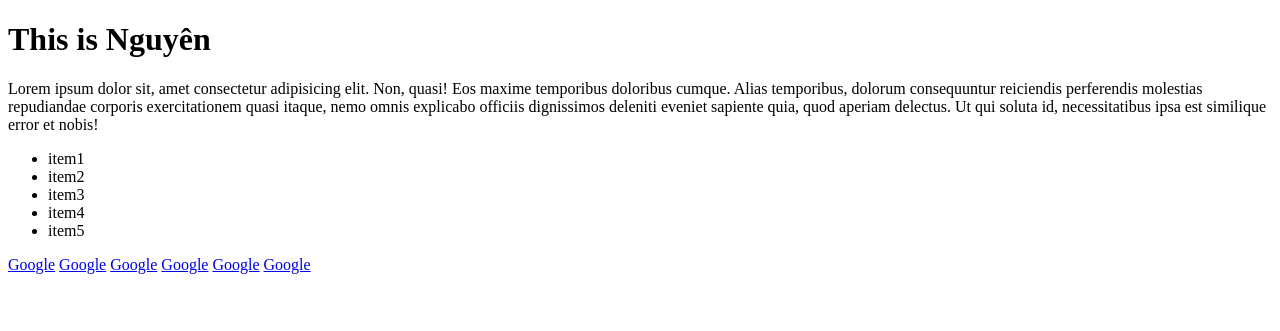
Repository: KhoiNguyen77/JS-C-Ba-n
Page: index.html
The author's editor kept a copy of each file at every save. The page is drawn from the files as they stood at one save, then again after the next save.
The browser window is 1280 px wide. The pictures show the whole page.

Above is the page before, as saved 2023-03-29 17:03:22.

After the next save:
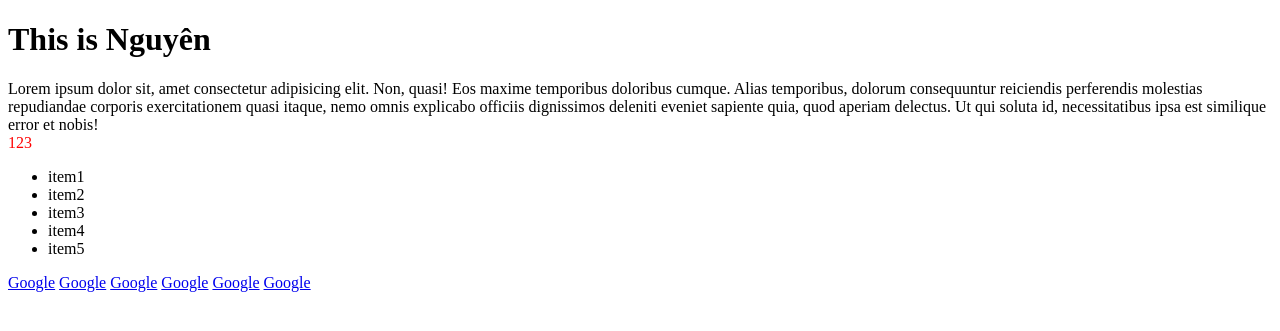
Saved 9 s later.
--- a/index.html
+++ b/index.html
@@ -16,7 +16,7 @@
       sapiente quia, quod aperiam delectus. Ut qui soluta id, necessitatibus
       ipsa est similique error et nobis!
     </div>
-    <div id="spinner" style="color: red"></div>
+    <div id="spinner" style="color: red">123</div>
     <ul>
       <li class="item item1">item1</li>
       <li class="item item2">item2</li>
